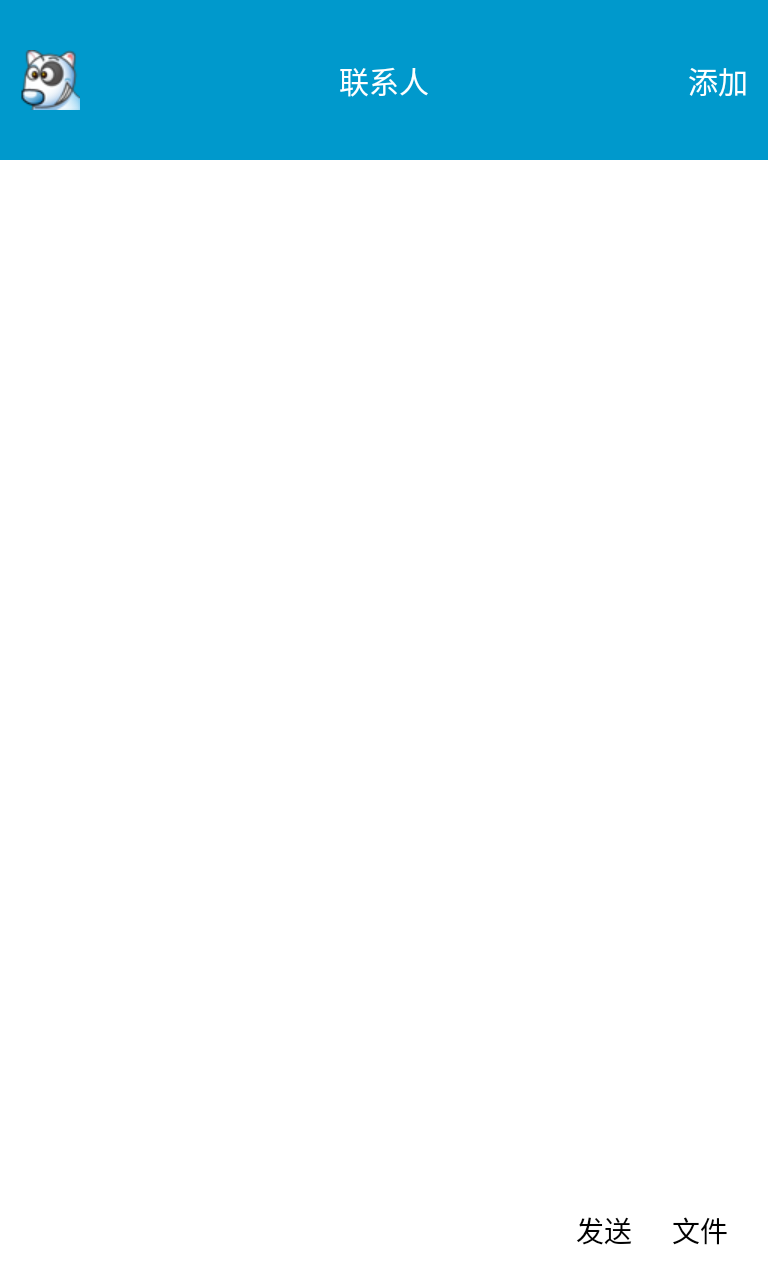
Repository: fanloveoupao/WecharTest
Layout: TestWechar/res/layout/interfce_char.xml
An editor plug-in stored every save of this project. The layout is shown before and after the next save, followed by the edit.
It is drawn on a 768 x 1280 px phone screen (xhdpi) without system bars, with theme AppTheme; the app's code is not run. Lists and similar views that code fills are empty.

Above is the layout before, as saved 2015-10-09 06:08:53.

### TestWechar/res/layout/interfce_char.xml
<?xml version="1.0" encoding="utf-8"?>
<LinearLayout xmlns:android="http://schemas.android.com/apk/res/android"
    android:layout_width="match_parent"
    android:layout_height="match_parent"
    android:background="#FFFFFF"
    android:orientation="vertical" >

    <include
        android:layout_width="fill_parent"
        android:layout_height="wrap_content"
        layout="@layout/include" />

    <ListView
        android:id="@+id/msg_list_view"
        android:layout_width="match_parent"
        android:layout_height="0dp"
        android:layout_marginTop="10dp"
        android:layout_weight="1"
        android:divider="#0000"
        android:listSelector="#FFFFFF" >
    </ListView>

    <TextView
        android:id="@+id/loading"
        android:layout_width="wrap_content"
        android:layout_height="wrap_content"
        android:background="@drawable/messge_right"
        android:textColor="@color/black_deep"
        android:visibility="gone" />

    <LinearLayout
        android:layout_width="fill_parent"
        android:layout_height="50dp"
        android:gravity="center_vertical"
        android:orientation="horizontal" >

        <EditText
            android:id="@+id/input_text"
            android:layout_width="0dp"
            android:layout_height="wrap_content"
            android:layout_marginLeft="10dp"
            android:layout_marginRight="10dp"
            android:layout_weight="1"
            android:background="@color/white" />

        <TextView
            android:id="@+id/send"
            android:layout_width="wrap_content"
            android:layout_height="wrap_content"
            android:layout_marginRight="20dp"
            android:text="发送"
            android:textColor="#000000" />

        <TextView
            android:id="@+id/send_fole"
            android:layout_width="wrap_content"
            android:layout_height="wrap_content"
            android:layout_marginRight="20dp"
            android:text="文件"
            android:textColor="#000000" />
    </LinearLayout>

</LinearLayout>

### TestWechar/res/values/styles.xml
<resources>

    <!--
        Base application theme, dependent on API level. This theme is replaced
        by AppBaseTheme from res/values-vXX/styles.xml on newer devices.











    -->
    <style name="AppBaseTheme" parent="android:Theme.Light">
        <!--
            Theme customizations available in newer API levels can go in
            res/values-vXX/styles.xml, while customizations related to
            backward-compatibility can go here.






        -->
    </style>

    <!-- Application theme. -->
    <style name="AppTheme" parent="AppBaseTheme">
        <!-- All customizations that are NOT specific to a particular API-level can go here. -->
    </style>

    <style name="animationmsg">
        <item name="android:windowEnterAnimation">@anim/msg_enter</item>
        <item name="android:windowExitAnimation">@anim/msg_exit</item>
    </style>

</resources>

### TestWechar/res/layout/include.xml
<?xml version="1.0" encoding="utf-8"?>
<LinearLayout xmlns:android="http://schemas.android.com/apk/res/android"
    android:layout_width="match_parent"
    android:layout_height="match_parent"
    android:orientation="vertical" >

    <RelativeLayout
        android:layout_width="fill_parent"
        android:layout_height="80dp"
        android:background="#0099CC"
        android:gravity="center_vertical" >

        <ImageView
            android:layout_width="30dp"
            android:layout_height="30dp"
            android:layout_alignParentLeft="true"
            android:layout_centerVertical="true"
            android:layout_marginLeft="10dp"
            android:src="@drawable/h091" />

        <TextView
            android:id="@+id/title"
            android:layout_width="wrap_content"
            android:layout_height="wrap_content"
            android:layout_centerHorizontal="true"
            android:layout_centerVertical="true"
            android:text="联系人"
            android:textColor="#FFFFFF"
            android:textSize="15dp" />

        <TextView
            android:id="@+id/add"
            android:layout_width="wrap_content"
            android:layout_height="wrap_content"
            android:layout_alignParentRight="true"
            android:layout_centerVertical="true"
            android:layout_marginRight="10dp"
            android:text="添加"
            android:textColor="#FFFFFF"
            android:textSize="15dp" />
    </RelativeLayout>

</LinearLayout>

### TestWechar/res/values/color.xml
<?xml version="1.0" encoding="utf-8"?>
<resources>

    <color name="white">#ffffffff</color>
    <color name="window_bg">#fff0f3f6</color>
    <color name="title_bg">#ff54acea</color>
    <color name="chat_text">#ff333333</color>
    <color name="common_top_bar_blue">#4ebcd3</color>
    <color name="btn_login_normal">#00acff</color>
    <color name="btn_login_pressed">#46678d</color>
    <color name="btn_logout_normal">#d33f3f</color>
    <color name="btn_logout_pressed">#DA5A4D</color>
    <color name="btn_register_normal">#ffffff</color>
    <color name="btn_register_pressed">#00acff</color>
    <color name="common_bottom_bar_normal_bg">#2d2f31</color>
    <color name="common_bottom_bar_selected_bg">#161718</color>
    <color name="common_botton_bar_blue">#2ea7e0</color>
    <color name="common_bg">#fcfcfc</color>
    <color name="btn_pressed_green_solid">#B6DA53</color>
    <color name="divider_list">#d4d4d4</color>
    <color name="top_bar_normal_bg">#00acff</color>
    <color name="error_item_color">#F6EBE6</color>
    <color name="bottom_bar_normal_bg">#2D2F31</color>
    <color name="bottom_text_color_normal">#ffffff</color>
    <color name="btn_white_normal">#f7f8f8</color>
    <color name="btn_white_pressed">#b5b5b6</color>
    <color name="btn_green_noraml">#68C270</color>
    <color name="btn_green_pressed">#6FCD78</color>
    <color name="btn_gray_normal">#c0c0c0</color>
    <color name="btn_gray_pressed_status">#b5b5b6</color>
    <color name="btn_gray_pressed">#666667</color>
    <color name="btn_blue_normal">#1e90ff</color>
    <color name="btn_blue_pressed">#0066FF</color>
    <color name="orange">#FFA500</color>
    <color name="gray_pressed">#b5b5b6</color>
    <color name="gray_normal">#666667</color>
    <color name="grid_state_pressed">#1Affffff</color>
    <color name="grid_state_focused">#80000000</color>
    <color name="voip_interface_text_color">#bababa</color>
    <color name="black_deep">#FF000000</color>
    <color name="btn_answer_pressed">#4ebcd3</color>
    <color name="btn_answer_normal">#2dafa3</color>

</resources>

### TestWechar/res/layout/send_file.xml
<?xml version="1.0" encoding="utf-8"?>
<LinearLayout xmlns:android="http://schemas.android.com/apk/res/android"
    android:layout_width="match_parent"
    android:layout_height="fill_parent"
    android:gravity="center_vertical"
    android:orientation="horizontal" >

    <LinearLayout
        android:layout_width="wrap_content"
        android:layout_height="wrap_content"
        android:layout_marginLeft="20dp"
        android:layout_marginTop="10dp"
        android:gravity="center_vertical"
        android:orientation="vertical" >

        <ImageView
            android:id="@+id/send_photo"
            android:layout_width="60dp"
            android:layout_height="60dp"
            android:src="@drawable/photo" />

        <TextView
            android:id="@+id/text_photo"
            android:layout_width="60dp"
            android:layout_height="wrap_content"
            android:layout_marginTop="5dp"
            android:gravity="center"
            android:text="图片" />
    </LinearLayout>
    <!--  -->

    <LinearLayout
        android:layout_width="wrap_content"
        android:layout_height="wrap_content"
        android:layout_marginLeft="20dp"
        android:layout_marginTop="10dp"
        android:gravity="center_vertical"
        android:orientation="vertical" >

        <ImageView
            android:id="@+id/send_file"
            android:layout_width="60dp"
            android:layout_height="60dp"
            android:src="@drawable/file" />

        <TextView
            android:id="@+id/text_file"
            android:layout_width="60dp"
            android:layout_height="wrap_content"
            android:layout_marginTop="5dp"
            android:gravity="center"
            android:text="文件" />
    </LinearLayout>

</LinearLayout>

Loaded but not shown: TestWechar/res/values-v11/styles.xml (common file); TestWechar/res/values-v14/styles.xml (common file)

After the next save:
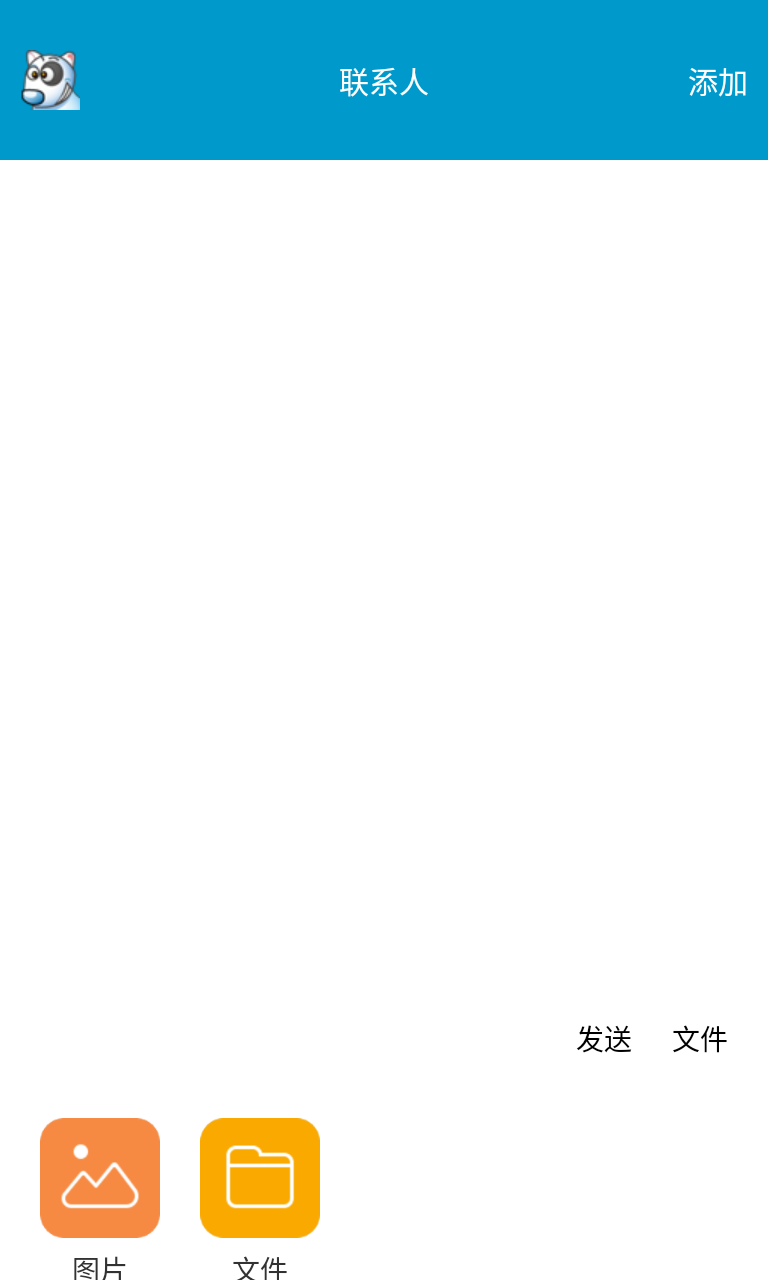
Saved 115 s later.
--- a/TestWechar/res/layout/interfce_char.xml
+++ b/TestWechar/res/layout/interfce_char.xml
@@ -60,4 +60,10 @@
             android:textColor="#000000" />
     </LinearLayout>
 
+    <include
+        android:id="@+id/include_send"
+        android:layout_width="match_parent"
+        android:layout_height="wrap_content"
+        layout="@layout/send_file" />
+
 </LinearLayout>
